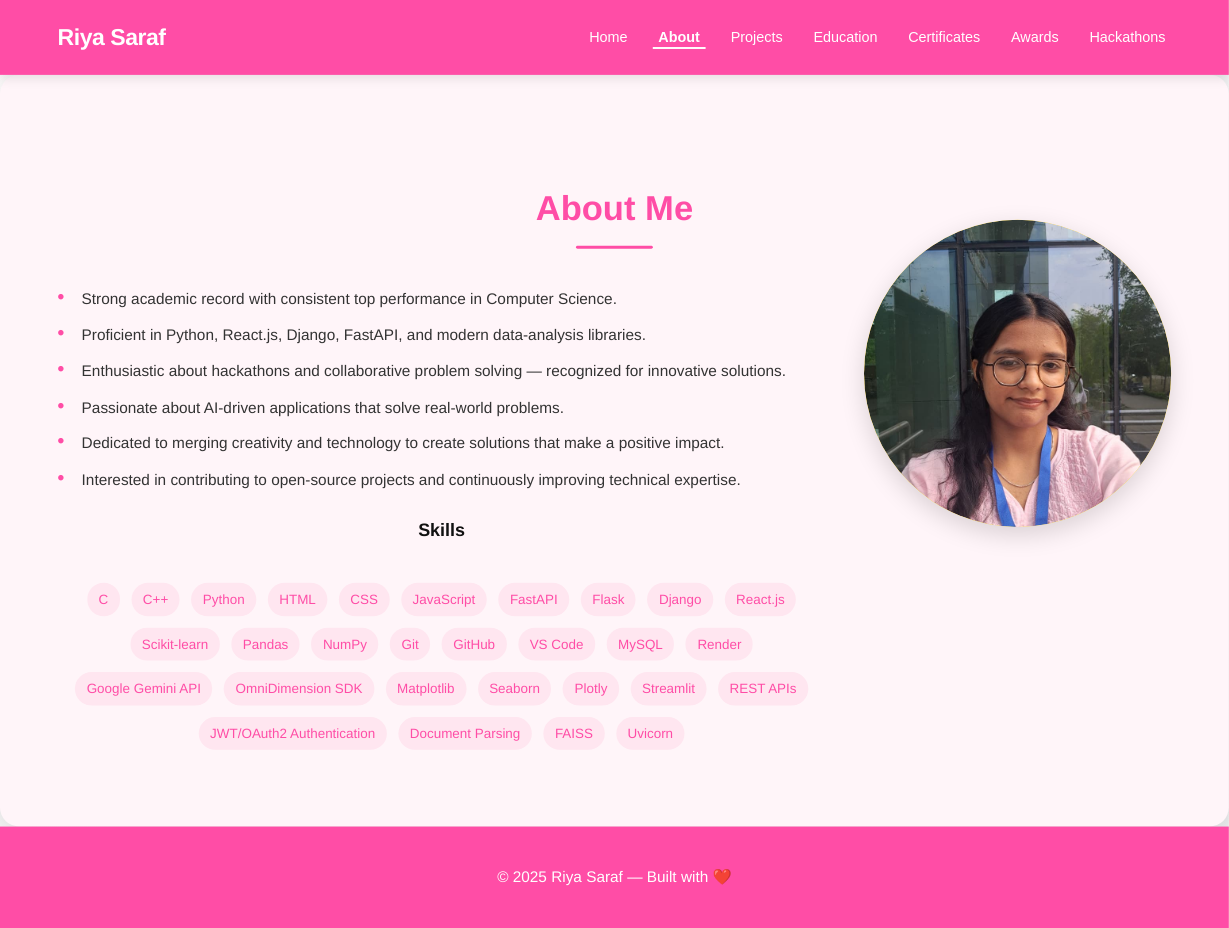
Repository: riyaaaa19/riya-portfolio
Page: /, after clicking the first element matching `nav > :nth-child(2)`
The author's editor kept a copy of each file at every save. The page is drawn from the files as they stood at one save, then again after the next save.
The browser window is 1280 px wide. The pictures show the whole page, at 96% of full size.
The project was rebuilt for these pictures with package versions that can differ from the ones it lists, and the page was loaded fresh each time. Also part of the build but not shown: src/components/TimelineCard.js.

Above is the page before, as saved 2025-09-14 15:55:17.

After the next save:
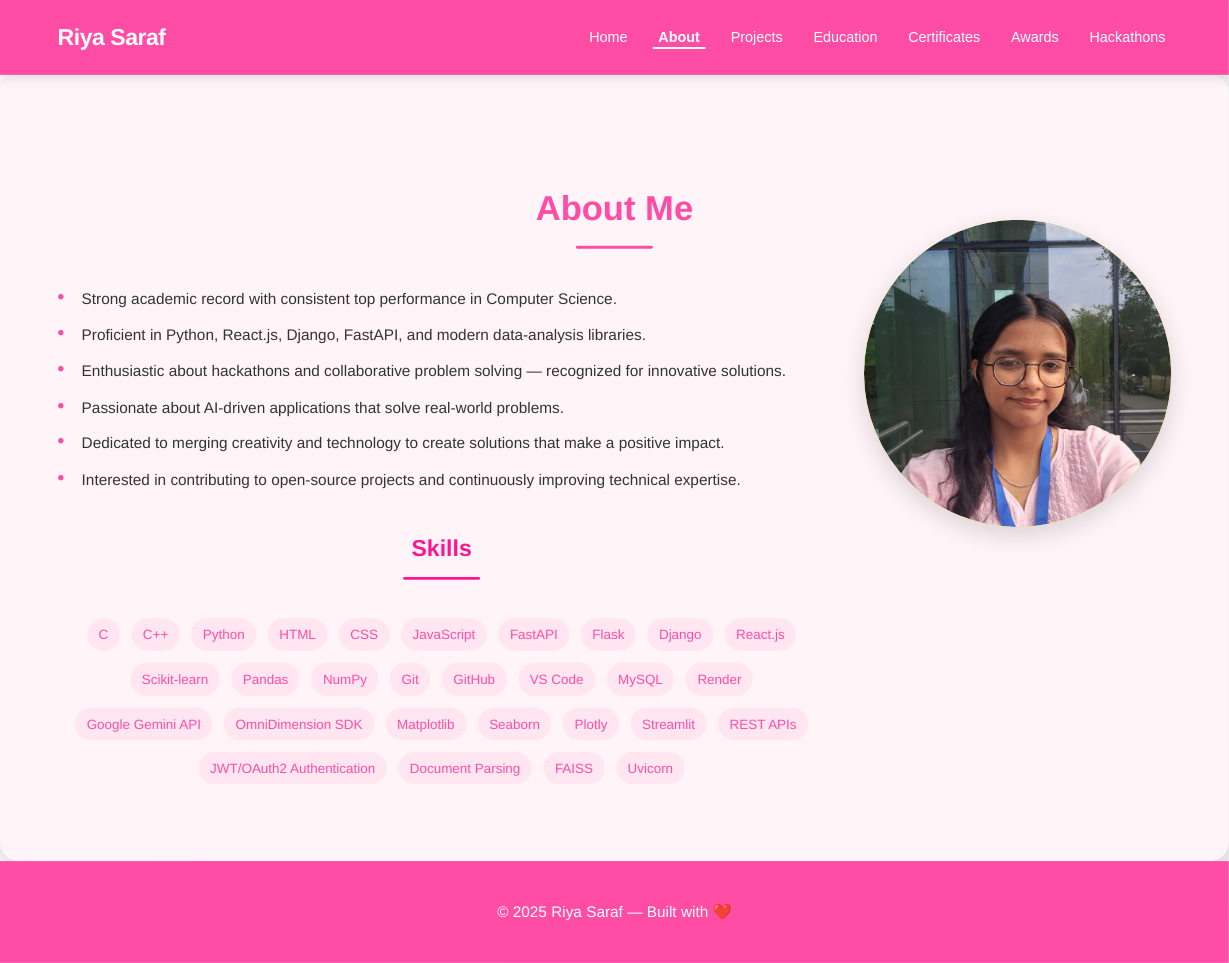
Saved 45 s later.
--- a/src/App.js
+++ b/src/App.js
@@ -215,7 +215,7 @@ export default function RiyaSarafPortfolio() {
               </ul>
 
               {/* Skills Section */}
-              <h3 style={{ marginTop: "25px", marginBottom: "15px", color: "DarkPink", textAlign: "center" }}>Skills</h3>
+              <h3 className="skills-heading">Skills</h3>
               <div className="skills-section" style={{ display: "flex", flexWrap: "wrap", gap: "12px", justifyContent: "center" }}>
                 {[
                   "C", "C++", "Python", "HTML", "CSS", "JavaScript",
